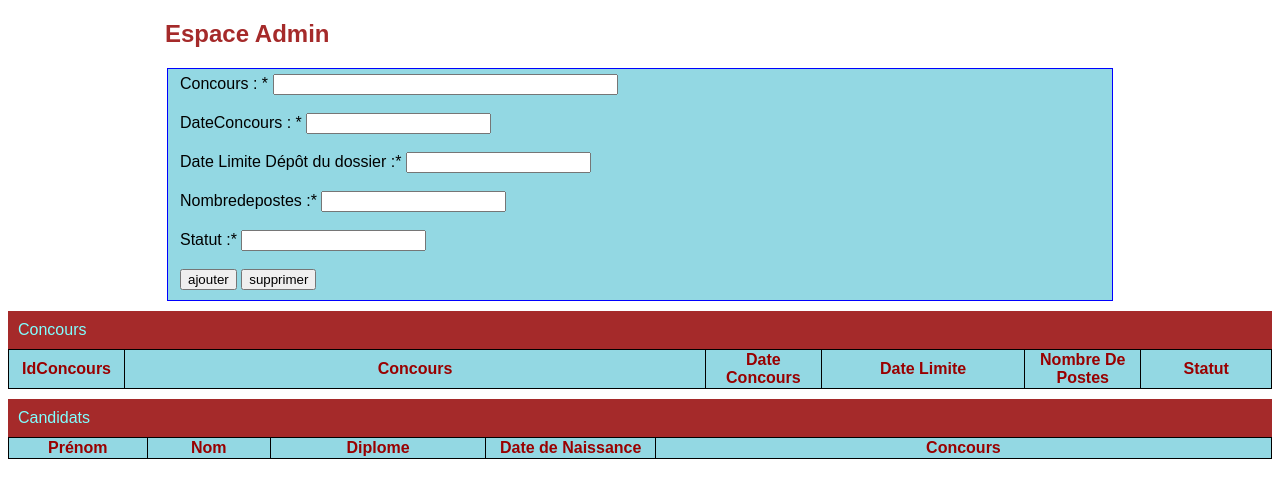
Repository: yahouari/Stage2019
Page: http://localhost/test/Gestion.jsp
An editor plug-in stored every save of this project. The page is shown before and after the next save, followed by the edit.
The browser window is 1280 px wide. The pictures show the whole page.
The page is served by Tomcat 9. Queries for data that is not in the repository find no rows.

Above is the page before, as saved 2019-07-26 12:00:22.

After the next save:
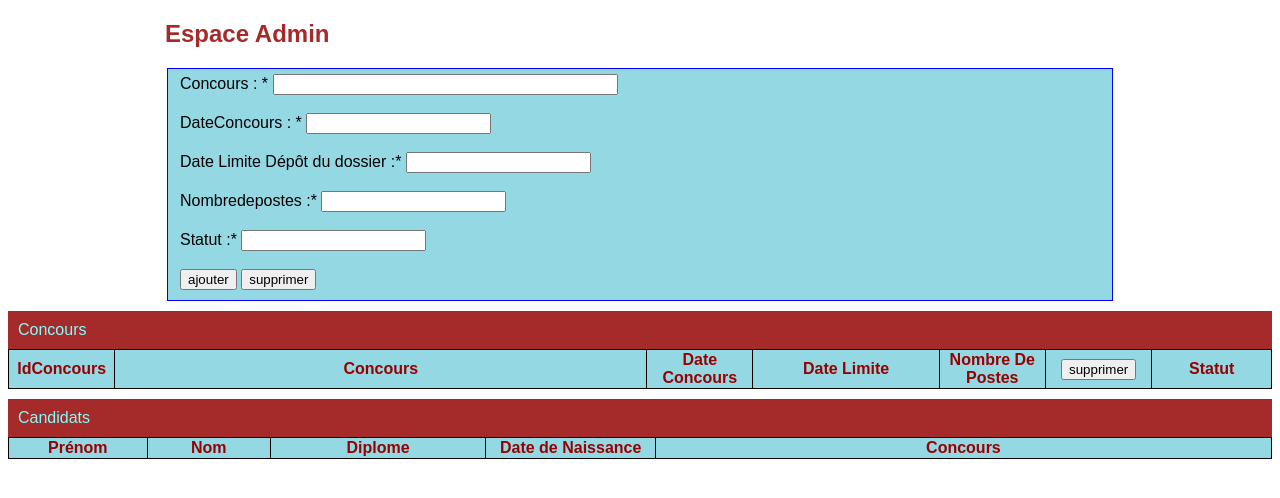
Saved 2 days later.
--- a/test/WebContent/Gestion.jsp
+++ b/test/WebContent/Gestion.jsp
@@ -63,7 +63,7 @@
                     <th style="width:8%">Date Concours</th>
                     <th style="width:14%">Date Limite</th>
 		            <th style="width:8%">Nombre De Postes</th>
-
+		         <th style="width:8%"><input type="submit" value="supprimer"  /></th>
 
 		            <th style="width:9%">Statut</th>
 
